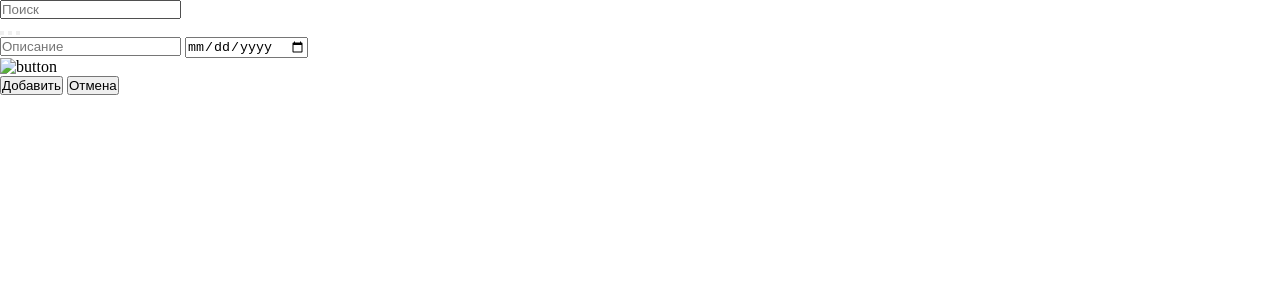
Repository: svetks0504-sudo/Projekt4_To_Do_List
Page: index.html
The author's editor kept a copy of each file at every save. The page is drawn from the files as they stood at one save, then again after the next save.
The browser window is 1280 px wide. The pictures show the whole page.

Above is the page before, as saved 2025-11-18 11:36:14.

### index.html
<!DOCTYPE html>
<html lang="en">
  <head>
    <meta charset="UTF-8" />
    <meta name="viewport" content="width=device-width, initial-scale=1.0" />
    <title>Document</title>
    <link href="/styles/style.css" rel="stylesheet" type="text/css" />
  </head>
  <body>
    <!--############1Ekran###############-->
    <div class="togeser1Ekran">
      <div class="time"></div>
      <form class="serch">
        <input type="text" id="serchInput" name="text" placeholder="Поиск" />
      </form>
      <div class="filtr">
        <button class="all"></button>
        <button class="aktiv"></button>
        <button class="end"></button>
      </div>
      <div class="pencil"></div>
    </div>

    <!--############2Ekran###############-->

    <div class="smalDisplay">
      <form class="creatWork">
        <input type="text" id="needToWork" name="text" placeholder="Описание" />
        <input type="date" id="needDate" name="date" placeholder="Дата" />
      </form>
      <div class="remember">
        <img src="" alt="button" />
        <div class="funktional">
          <button class="add">Добавить</button>
          <button class="delete">Отмена</button>
        </div>
      </div>
    </div>
  </body>
  <script src="scripts/script.js"></script>
</html>

### scripts/script.js
//1 этап: верстка, 2 этап: добавление задачи, подключение к localstorage
//  3 этап: фильтрация, редактирование
//доп. функ: поиск, редактирование задачи(название, время)

// task(entity) {
//   id: String | Number, // Math.random() | Date.now()
//   title: String,
//   date: String | Number,
//   completed: Boolean // false
// }
/*const tasks = [
  {
    id: 1,
    title: "Learn React",
    data: "10:30 12.12.2025",
    completed: false,
  },
];*/

Loaded but not shown: styles/style.css (common file)

After the next save:
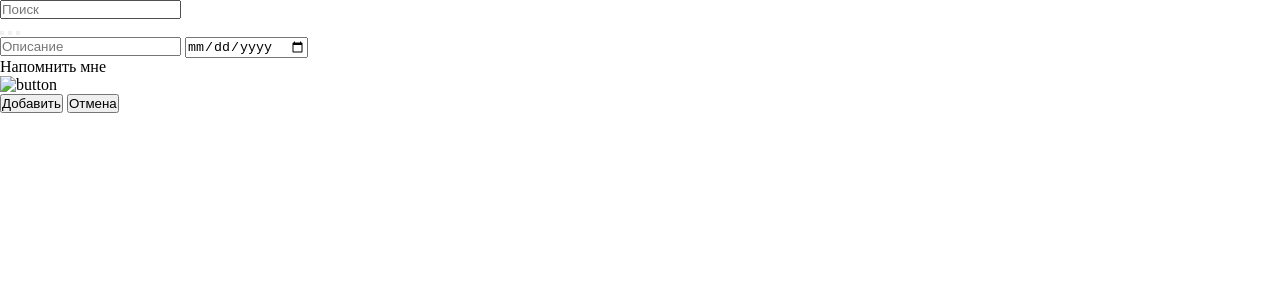
Saved 51 s later.
--- a/index.html
+++ b/index.html
@@ -29,6 +29,7 @@
         <input type="date" id="needDate" name="date" placeholder="Дата" />
       </form>
       <div class="remember">
+        <p>Напомнить мне</p>
         <img src="" alt="button" />
         <div class="funktional">
           <button class="add">Добавить</button>
